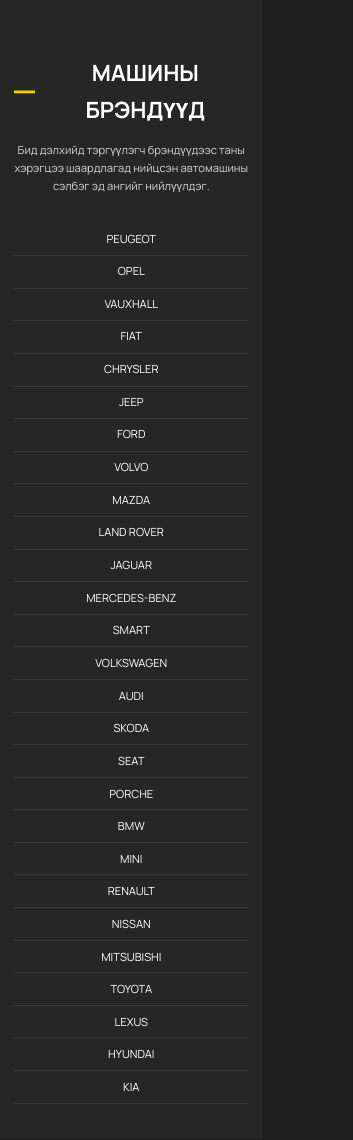
Repository: temuujinnn/mongol_kanain
Page: index.html
These files come from the project's save history. The page is drawn as it stood at one moment and after the next save; the edit follows.
The browser window is 375 px wide. The page is 504 px wide, so the pictures cover 504 px, including what lies to the right of the window. The pictures show the part of the page from y = 3535 to 5775 px (the page is 5163 px tall before and 5775 px after), at 70% of full size.

Above is the page before, as saved 2024-08-22 19:01:32.

### index.html
<!DOCTYPE html>
<html lang="mn">

<head>
    <meta charset="UTF-8">
    <meta name="viewport" content="width=device-width, initial-scale=1.0">
    <title>My Custom Website</title>
    <link rel="stylesheet" href="style.css">
    <!-- Google Fonts Link -->
    <link href="https://fonts.googleapis.com/css2?family=Manrope:wght@400;700&display=swap" rel="stylesheet">
</head>

<body>
    <!-- Header Section -->
    <header>
        <div class="container">
            <div class="logo">
                <h1>My Website</h1>
            </div>
            <nav>
                <ul>
                    <li><a href="#home">Нүүр</a></li>
                    <li><a href="#about">Бидний тухай</a></li>
                    <li><a href="#order">Захиалга</a></li>
                    <li><a href="#brands">Брэндүүд</a></li>
                    <li><a href="#contact">Холбоо барих</a></li>
                </ul>
            </nav>
            <a href="#contact" class="contact-btn">Холбоо барих</a>
        </div>
    </header>

    <!-- Hero Section -->
    <section id="hero">
        <div class="overlay"></div>
        <div class="hero-content">
            <h1>Оригинал баталгаатай сэлбэгийг хамгийн найдвартай бөгөөд өрсөлдөхүйц үнээр ханган нийлүүлэгч</h1>
            <a href="#contact" class="button">Холбоо барих</a>
        </div>
    </section>

    <!-- The rest of your content -->
    <section id="about">
        <div class="container">

            <div class="about-grid">
                <div>
                    <h2>БИДНИЙ ТУХАЙ</h2>
                    <p class="description">“Монгол Канайн” ХХК нь 2011 оноос эхлэн дэлхийд чанар, үйл ажиллагаагаараа
                        тэргүүлэгч
                        оригинал авто сэлбэгийн брэндүүдийн бөөнийн болон жижиглэн худалдааны үйл ажиллагаа болон
                        даатгалын
                        гүйцэтгэлийн үйл ажиллагааг явуулж байна. Бид таны авто сэлбэг хангамжийн хамгийн найдвартай
                        түнш
                        байх
                        болно.</p>
                </div>

                <div class="about-card">
                    <div class="icon">
                        <img src="./icons/calendar-time.svg" alt="Calendar Icon">
                    </div>
                    <div style="height: 40px;"></div>
                    <div class="text">2011 онд эхэлсэн</div>
                </div>
                <div class="about-card">
                    <div class="icon">
                        <img src="./icons/discount-check.svg" alt="Calendar Icon">
                    </div>
                    <div style="height: 40px;"></div>
                    <div class="text">Найдвартай & Баталгаатай</div>
                </div>
                <div class="about-card">
                    <div class="icon">
                        <img src="./icons/truck-delivery.svg" alt="Calendar Icon">
                    </div>
                    <div style="height: 40px;"></div>
                    <div class="text">Шууд Хүргэлт</div>
                </div>
                <div class="about-card">
                    <div class="icon">
                        <img src="./icons/chart-bar.svg" alt="Calendar Icon">
                    </div>
                    <div style="height: 40px;"></div>
                    <div class="text">Хурдцатай төлж байгаа</div>
                </div>
                <div class="about-card">
                    <div class="icon">
                        <img src="./icons/mood-smile-beam.svg" alt="Calendar Icon">
                    </div>
                    <div style="height: 40px;"></div>
                    <div class="text">Хялбар Каталог</div>
                </div>
            </div>
        </div>
    </section>
    <section id="order-process">
        <div class="container">
            <div class="order-process-title">
                <div style=" width: 50px; height: 4px; background-color: #ffcc00;"></div>
                <h2>ЗАХИАЛГА</h2>
                <p class="description">Бүх төрлийн оригинал сэлбэг эд ангийг бид дараах процессоор та бүхэнд нийлүүлж
                    байна.
                </p>
            </div>

            <div class="steps">
                <div class="step">
                    <div class="stepicon">
                        <img src="./icons/report-money.svg" alt="Calendar Icon">
                    </div>
                    <div class="step-number">1</div>
                    <h3>Үнийн санал</h3>
                    <p>Та өөрийн хүссэн барааны жагсаалт болон захиалгын мэдээллээ бидэнд мэдэгдэнэ.</p>
                </div>
                <div class="step">
                    <div class="stepicon">
                        <img src="./icons/building-bank.svg" alt="Calendar Icon">
                    </div>
                    <div class="step-number">2</div>
                    <h3>Төлбер</h3>
                    <p>Үнийн саналыг баталгаажуулсан нөхцөлд нэхэмжлэх илгээн төлбер төлнө.</p>
                </div>
                <div class="step">
                    <div class="stepicon">
                        <img src="./icons/phone-check.svg" alt="Calendar Icon">
                    </div>
                    <div class="step-number">3</div>
                    <h3>Захиалга</h3>
                    <p>Захиалгын жагсаалтын дагуу тохирсон брэнд үйлдвэрлэгчүүд захиалга хийн татан авалтыг гүйцэтгэнэ.
                    </p>
                </div>
                <div class="step">
                    <div class="stepicon">
                        <img src="./icons/truck-delivery.svg" alt="Calendar Icon">
                    </div>
                    <div class="step-number">4</div>
                    <h3>Хүргэлт</h3>
                    <p>Таны хүссэн газарт бид гаалийн бүрдүүлэлт нь хийдсэн чанартай баталгаат сэлбэгийг хүргэж өгнө.
                    </p>
                </div>
            </div>
        </div>
    </section>
    <section id="brands">
        <div class="brandcontainer">

            <div class="content">
                <div style=" width: 50px; height: 4px; background-color: #ffcc00;"></div>
                <h2>СЭЛБЭГ БРЭНДҮҮД</h2>
                <p class="branddescription">
                    Бид дэлхийд тэргүүлэгч брэндүүдээс таны хэрэгцээ шаардлагад нийцсэн
                    автомашины
                    сэлбэг эд ангиийг
                    нийлүүлдэг.</p>
                <a href="#" class="button">Бүх брэндүүдийг харах</a>
            </div>
            <div class="brand-logos">
                <div class="brand-logo">
                    <img src="./images/part_brand.png" alt="AVA Quality Cooling">
                </div>
                <div class="brand-logo">
                    <img src="./images/part_brand.png" alt="AVA Quality Cooling">
                </div>
                <div class="brand-logo">
                    <img src="./images/part_brand.png" alt="AVA Quality Cooling">
                </div>
                <div class="brand-logo">
                    <img src="./images/part_brand.png" alt="AVA Quality Cooling">
                </div>
                <div class="brand-logo">
                    <img src="./images/part_brand.png" alt="AVA Quality Cooling">
                </div>
                <div class="brand-logo">
                    <img src="./images/part_brand.png" alt="AVA Quality Cooling">
                </div>
            </div>
        </div>
    </section>
    <section id="car-brands">
        <div class="container">
            <h2>МАШИНЫ БРЭНДҮҮД</h2>
            <p>Бид дэлхийд тэргүүлэгч брэндүүдээс таны хэрэгцээ шаардлагад нийцсэн автомашины сэлбэг эд ангийг
                нийлүүлдэг.
            </p>
            <div class="brand-list">
                <div class="brand-item">PEUGEOT</div>
                <div class="brand-item">OPEL</div>
                <div class="brand-item">VAUXHALL</div>
                <div class="brand-item">FIAT</div>
                <div class="brand-item">CHRYSLER</div>
                <div class="brand-item">JEEP</div>
                <div class="brand-item">FORD</div>
                <div class="brand-item">VOLVO</div>
                <div class="brand-item">MAZDA</div>
                <div class="brand-item">LAND ROVER</div>
                <div class="brand-item">JAGUAR</div>
                <div class="brand-item">MERCEDES-BENZ</div>
                <div class="brand-item">SMART</div>
                <div class="brand-item">VOLKSWAGEN</div>
                <div class="brand-item">AUDI</div>
                <div class="brand-item">SKODA</div>
                <div class="brand-item">SEAT</div>
                <div class="brand-item">PORCHE</div>
                <div class="brand-item">BMW</div>
                <div class="brand-item">MINI</div>
                <div class="brand-item">RENAULT</div>
                <div class="brand-item">NISSAN</div>
                <div class="brand-item">MITSUBISHI</div>
                <div class="brand-item">TOYOTA</div>
                <div class="brand-item">LEXUS</div>
                <div class="brand-item">HYUNDAI</div>
                <div class="brand-item">KIA</div>
            </div>
        </div>
    </section>
</body>

</html>

### style.css
/* Basic Reset */
* {
    margin: 0;
    padding: 0;
    box-sizing: border-box;
}

body {
    font-family: 'Manrope', sans-serif;
    color: white;
    background-color: #1e1e1e;
    line-height: 1.6;
}

/* Header */
header {

    /* Semi-transparent background */
    padding: 20px 0;
    position: absolute;
    /* Ensure the header is not fixed */
    width: 100%;
    z-index: 1000;
    /* Keep the header on top of other content */
}

header .container {
    display: flex;
    padding-left: 144px;
    padding-right: 144px;
    justify-content: space-between;
    align-items: center;
}

header .logo h1 {
    color: #fff;
    font-size: 1.5rem;
    margin: 0;
}

header nav ul {
    list-style: none;
    display: flex;
    margin: 0;
    padding: 0;
}

header nav ul li {
    margin-left: 20px;
}

header nav ul li a {
    color: #fff;
    text-decoration: none;
    font-size: 1rem;
}

header nav ul li a:hover {
    color: #ffcc00;
}

header .contact-btn {
    background-color: #fff;
    color: #000;
    padding: 10px 20px;
    text-decoration: none;
    border-radius: 5px;
    font-weight: bold;
}

header .contact-btn:hover {
    background-color: #e6e6e6;
}

/* Hero Section */
#hero {
    position: relative;
    background: url('./images/m.png') no-repeat center center/cover;
    height: 726px;
    display: flex;
    justify-content: center;
    align-items: center;
    text-align: center;
    color: #fff;
}

#hero .overlay {
    position: absolute;
    top: 0;
    left: 0;
    right: 0;
    bottom: 0;
    background: rgba(0, 0, 0, 0.5);
    /* Dark overlay */
}

.hero-content {
    z-index: 1;
    max-width: 80%;
}

.hero-content h1 {
    font-size: 2.5rem;
    margin-bottom: 20px;
}

.hero-content .button {
    padding: 10px 20px;
    background: #fff;
    color: #000;
    text-decoration: none;
    border-radius: 5px;
    font-weight: bold;
    transition: background-color 0.3s ease;
}

.hero-content .button:hover {
    background-color: #e6e6e6;
}

#about {
    padding: 50px 20px;
    background-color: #1e1e1e;
}

.container {
    max-width: 1200px;
    margin: 0 auto;
}

#about h2 {
    font-size: 32px;
    margin-bottom: 20px;
    color: #fff;
    font-weight: 700;
}

.description {

    font-size: 12px;
    font-style: normal;
    font-weight: 400;
}

.about-grid {
    display: grid;
    grid-template-columns: repeat(3, 1fr);
    gap: 20px;
    height: 100%;
}

.about-card {
    background-color: #1e1e1e;
    padding: 20px;
    border-radius: 10px;
    display: flex;
    flex-direction: column;
    justify-content: space-between;
    align-items: start;

    border: 1px solid #444;
    transition: transform 0.3s ease, border-color 0.3s ease;
}

.about-card:hover {
    transform: translateY(-5px);
    border-color: #ffcc00;
}

.icon {

    display: flex;
    justify-content: center;
    align-items: center;
    background-color: #4b4b4b;
    width: 64px;
    height: 64px;
    padding: 12px;
    border-radius: 24px;

}



.text {
    font-size: 1.2rem;
    color: #fff;
    font-weight: 700;
}

.text br {
    display: none;
}

@media (min-width: 768px) {
    .text br {
        display: inline;
    }
}

/* Adjusting body padding to avoid header overlay */
#order-process {
    width: 100%;
    padding: 50px 20px;
    background-color: #262626;
}

.container {
    max-width: 1200px;
    margin: 0 auto;
    text-align: center;
}

#order-process h2 {
    font-size: 2rem;
    margin-bottom: 20px;
    color: #fff;
    position: relative;
    display: inline-block;
    /* padding-left: 40px; */
}

.order-process-title {
    display: flex;
    justify-content: start;
    align-items: start;
    flex-direction: column;

}



/* .description {
    font-size: 1rem;
    margin-bottom: 40px;
    color: #d3d3d3;
} */

.steps {
    display: flex;
    justify-content: space-between;
    flex-wrap: wrap;
    position: relative;
}

.step {
    flex: 1;
    padding: 20px;
    max-width: 220px;
    position: relative;
    /* Ensure step number stays relative to its parent */
    text-align: center;
}

.step::after {
    content: '';
    position: absolute;
    top: 50%;
    left: -10px;
    /* right: -10px; */
    /* right: -0px; */
    /* Adjust depending on spacing between steps */
    width: calc(150% + 200px);
    /* Extend to next step */
    height: 2px;
    background-color: #d3d3d3;
    z-index: 0;
}

.step:last-child::after {
    display: none;
    /* Remove the line after the last step */
}

.icon {
    margin-bottom: 20px;
    position: relative;
}

.step-number {
    position: absolute;
    top: 50%;
    /* Aligns with the line */
    left: 50%;
    transform: translate(-50%, -50%);
    background-color: #e6e6e6;
    color: #262626;
    font-weight: bold;
    border-radius: 50%;
    width: 30px;
    height: 30px;
    display: flex;
    align-items: center;
    justify-content: center;
    font-size: 1rem;
    z-index: 1;
    /* Ensures step number stays on top */
}

.step h3 {
    font-size: 1.2rem;
    margin-bottom: 20px;
    color: #fff;
}

.step p {
    margin-top: 90px;
    font-size: 0.9rem;
    color: #d3d3d3;
}

@media (max-width: 768px) {
    .steps {
        flex-direction: column;
        align-items: center;
    }

    .step {
        max-width: 100%;
        margin-bottom: 20px;
    }

    .step::after {
        display: none;
        /* Remove the lines for mobile view */
    }
}

#brands {
    padding: 50px 20px;
    background-color: #262626;
}

.brandcontainer {
    max-width: 1200px;
    margin: 0 auto;
    display: flex;
    align-items: center;
    justify-content: space-between;
    flex-wrap: wrap;
}

.content {
    max-width: 40%;
    display: flex;
    flex-direction: column;
    justify-content: start;
    align-items: start;
}

#brands h2 {
    font-size: 2rem;
    margin-bottom: 20px;
    color: #fff;
    position: relative;
    /* padding-left: 40px; */
}



.branddescription {
    font-size: 12px;
    margin-bottom: 40px;
    color: #d3d3d3;
}

.button {
    padding: 10px 20px;
    background: none;
    color: #fff;
    border: 2px solid #fff;
    text-decoration: none;
    border-radius: 5px;
    font-weight: bold;
    display: inline-block;
    transition: all 0.3s ease;
}

.button:hover {
    background-color: #ffcc00;
    color: #262626;
    border-color: #ffcc00;
}

.brand-logos {
    display: grid;
    grid-template-columns: repeat(3, 1fr);
    gap: 20px;
    max-width: 50%;
}

.brand-logo img {
    width: 100%;
    height: auto;
    display: block;
}

@media (max-width: 768px) {
    .container {
        flex-direction: column;
    }

    .content {
        max-width: 100%;
        margin-bottom: 20px;
    }

    .brand-logos {
        max-width: 100%;
        grid-template-columns: repeat(2, 1fr);
    }
}

#car-brands {
    padding: 50px 20px;
    background-color: #262626;
}

.container {
    max-width: 1200px;
    margin: 0 auto;
    text-align: center;
}

#car-brands h2 {
    font-size: 2rem;
    margin-bottom: 20px;
    color: #fff;
    position: relative;
    padding-left: 40px;
}

#car-brands h2::before {
    content: '';
    position: absolute;
    left: 0;
    top: 50%;
    transform: translateY(-50%);
    width: 30px;
    height: 4px;
    background-color: #ffcc00;
    /* Yellow color */
}

#car-brands p {
    font-size: 1rem;
    margin-bottom: 40px;
    color: #d3d3d3;
}

.brand-list {
    display: grid;
    grid-template-columns: repeat(5, 1fr);

}

.brand-item {
    font-size: 1rem;
    color: #fff;
    padding: 10px;
    text-align: center;
    border-bottom: 1px solid #444;
}

@media (max-width: 768px) {
    .brand-list {
        grid-template-columns: repeat(2, 1fr);
    }
}

@media (max-width: 480px) {
    .brand-list {
        grid-template-columns: 1fr;
    }
}

After the next save:
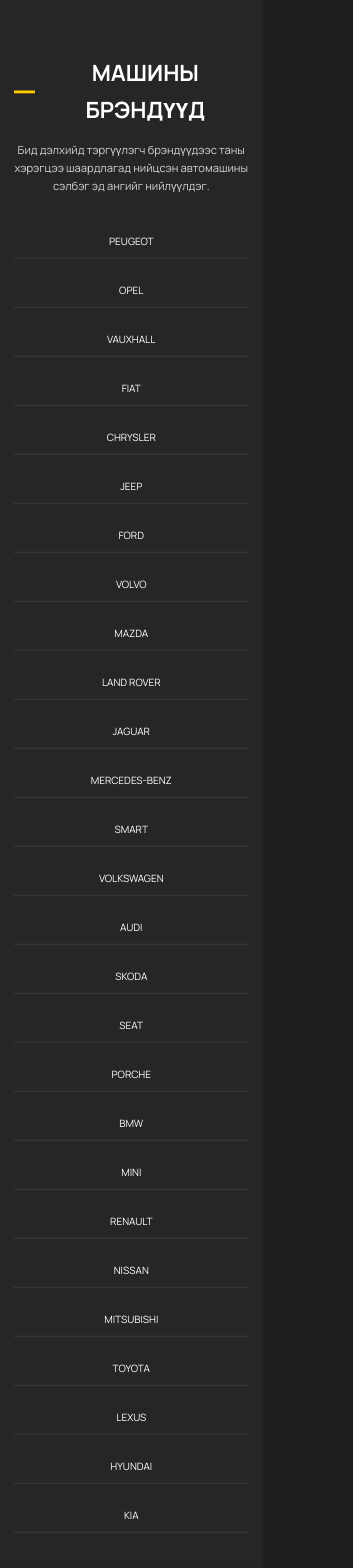
Saved 3 min 28 s later.
--- a/style.css
+++ b/style.css
@@ -451,7 +451,7 @@
 .brand-list {
     display: grid;
     grid-template-columns: repeat(5, 1fr);
-
+    gap: 20px 10px;
 }
 
 .brand-item {
@@ -460,6 +460,21 @@
     padding: 10px;
     text-align: center;
     border-bottom: 1px solid #444;
+    display: flex;
+    align-items: center;
+    justify-content: center;
+    min-height: 50px;
+    /* Ensures consistent height */
+    white-space: nowrap;
+    overflow: hidden;
+    text-overflow: ellipsis;
+    font-size: calc(0.9rem + 0.2vw);
+    /* Dynamic font size based on viewport width */
+}
+
+.brand-item.long-text {
+    font-size: 0.9rem;
+    /* Slightly smaller font size for longer text */
 }
 
 @media (max-width: 768px) {
@@ -472,4 +487,11 @@
     .brand-list {
         grid-template-columns: 1fr;
     }
-}
+
+    .brand-item {
+        white-space: normal;
+        /* Allows text to wrap on smaller screens */
+        font-size: 0.9rem;
+        /* Adjust font size for smaller screens */
+    }
+}
